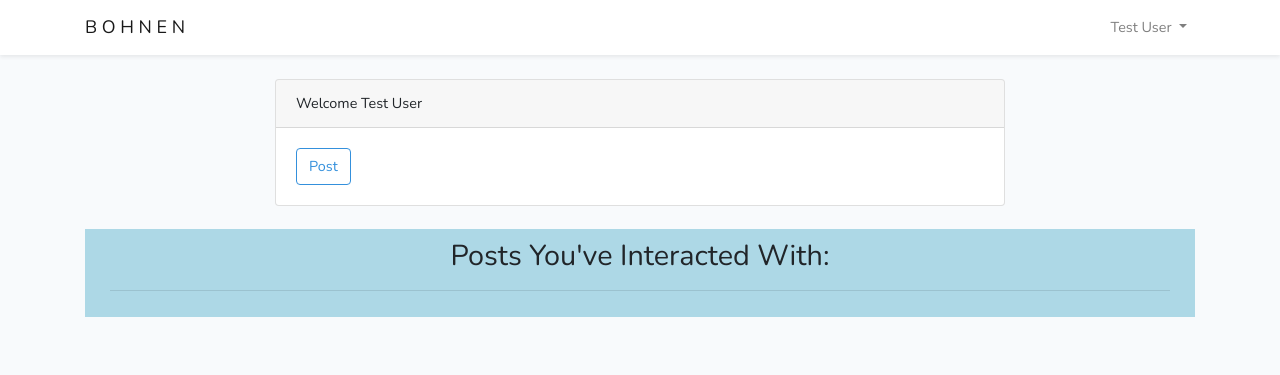
Repository: davidbohnen/BOHNEN
Page: http://localhost/home
An editor plug-in stored every save of this project. The page is shown before and after the next save, followed by the edit.
The browser window is 1280 px wide. The pictures show the whole page.
The page is served by the project's Laravel application, run on PHP 8.4 with Laravel 8. A made-up administrator, Test User (test@example.com), is signed in.

Above is the page before, as saved 2020-05-05 21:48:11.

After the next save:
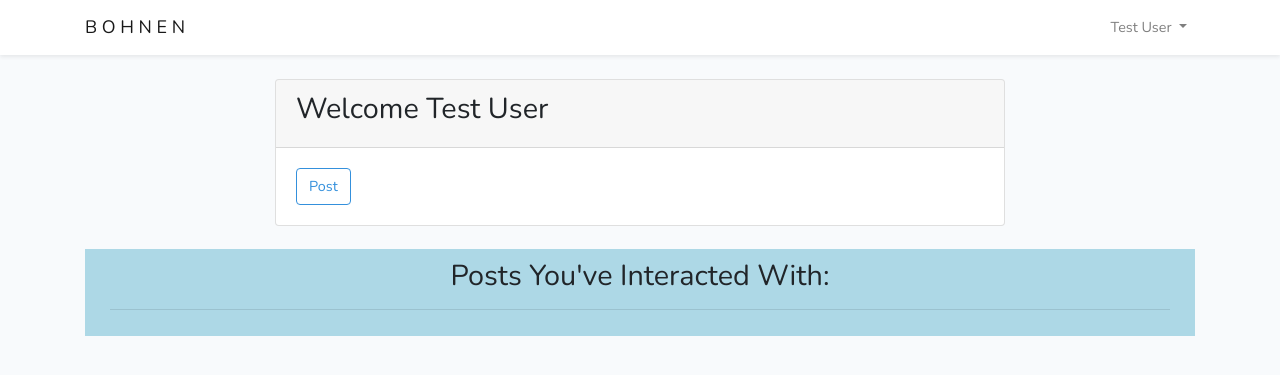
Saved 40 s later.
--- a/resources/views/home.blade.php
+++ b/resources/views/home.blade.php
@@ -5,7 +5,7 @@
     <div class="row justify-content-center">
         <div class="col-md-8">
             <div class="card">
-                <div class="card-header">Welcome {{ Auth::user()->name }}</div>
+                <div class="card-header"><h2>Welcome {{ Auth::user()->name }}</h2></div>
 
                 <div class="card-body">
                     @if (session('status'))
